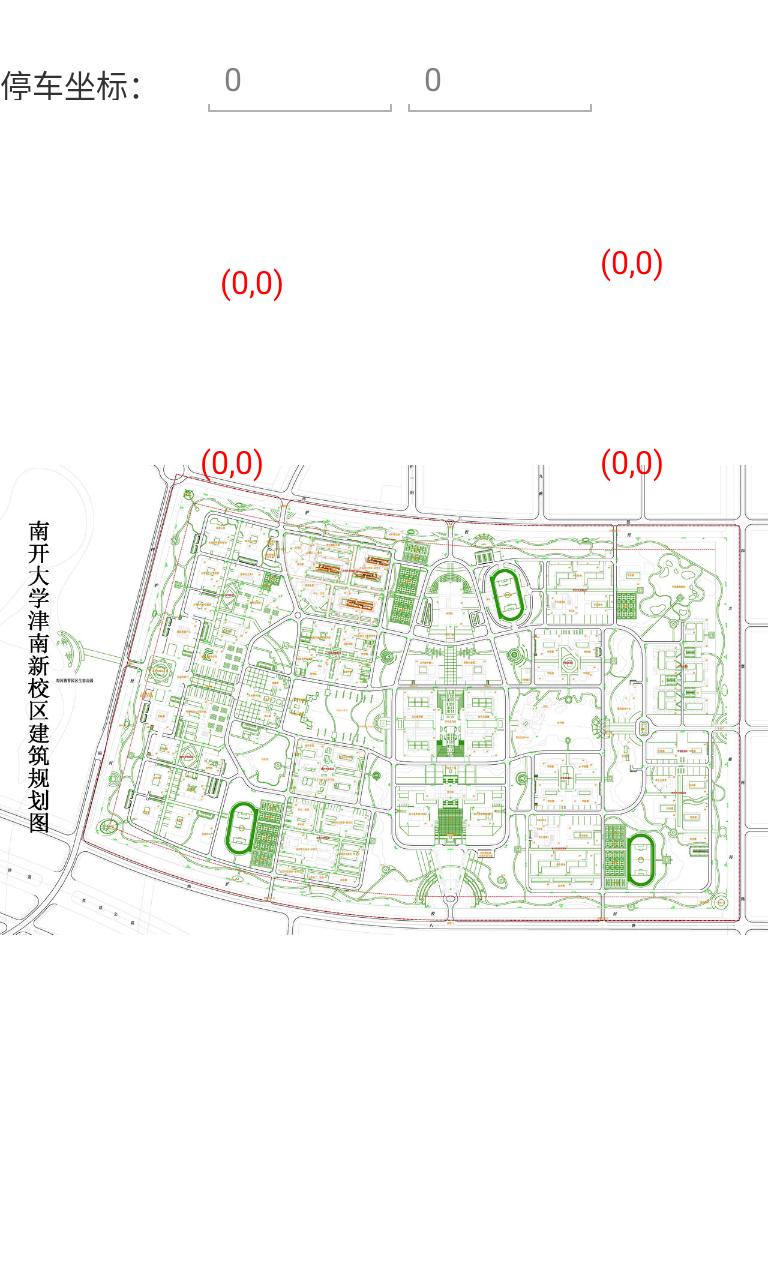
Repository: CovaWang/temporary_embedded
Layout: 7#车联·共享单车/代码/代码/res/layout/compass.xml
An editor plug-in stored every save of this project. The layout is shown before and after the next save, followed by the edit.
It is drawn on a 768 x 1280 px phone screen (xhdpi) without system bars, with theme AppTheme; the app's code is not run.

Above is the layout before, as saved 2024-04-25 11:13:40.

### 7#车联·共享单车/代码/代码/res/layout/compass.xml
<?xml version="1.0" encoding="utf-8"?>
<RelativeLayout xmlns:android="http://schemas.android.com/apk/res/android"
    android:layout_width="fill_parent"
    android:layout_height="match_parent"
    android:orientation="vertical" >


	    <TextView
			android:layout_width="100dp"
			android:layout_height="20dp"
			android:layout_marginTop='30dp'
			android:layout_marginLeft='0dp'
			android:text="停车坐标："
			android:textSize="16dp"
			android:layout_weight="1" />

	    <EditText
	        android:id="@+id/compass_text1"
			android:layout_width="100dp"
			android:layout_height="40dp"
			android:layout_marginTop='20dp'
			android:layout_marginLeft='100dp'
			android:hint="0"
			android:textSize="16sp"
			android:textColor="#8A2BE2"
			android:layout_weight="1" />

	    <EditText
	        android:id="@+id/compass_text2"
			android:layout_width="100dp"
			android:layout_height="40dp"
			android:layout_marginTop='20dp'
			android:layout_marginLeft='200dp'
			android:hint="0"
			android:textSize="16sp"
			android:textColor="#8A2BE2"
			android:layout_weight="1" />


    <ImageView
        android:id="@+id/compass_img"
        android:layout_width="match_parent"
        android:layout_height="match_parent"
        android:layout_marginTop='60dp'
	    android:layout_marginLeft='0dp'
        android:src="@drawable/map"
        android:layout_weight="1" />

     <TextView
         android:layout_width="match_parent"
         android:layout_height="match_parent"
         android:layout_weight="1"
         android:layout_marginTop='220dp'
	     android:layout_marginLeft='100dp'
         android:text="(0,0)"
         android:textColor="#FF0000"
         android:textSize="16dp" />

     <TextView
         android:layout_width="match_parent"
         android:layout_height="match_parent"
         android:layout_weight="1"
         android:layout_marginTop='220dp'
	     android:layout_marginLeft='300dp'
         android:text="(0,0)"
         android:textColor="#FF0000"
         android:textSize="16dp" />

     <TextView
         android:layout_width="match_parent"
         android:layout_height="match_parent"
         android:layout_weight="1"
         android:layout_marginTop='120dp'
	     android:layout_marginLeft='300dp'
         android:text="(0,0)"
         android:textColor="#FF0000"
         android:textSize="16dp" />

      <TextView
         android:layout_width="match_parent"
         android:layout_height="match_parent"
         android:layout_weight="1"
         android:layout_marginTop='130dp'
	     android:layout_marginLeft='110dp'
         android:text="(0,0)"
         android:textColor="#FF0000"
         android:textSize="16dp" />
</RelativeLayout>

### 7#车联·共享单车/代码/代码/res/values/styles.xml
<resources>

    <!--
        Base application theme, dependent on API level. This theme is replaced
        by AppBaseTheme from res/values-vXX/styles.xml on newer devices.

    -->
    <style name="AppBaseTheme" parent="android:Theme.Light">
        <!--
            Theme customizations available in newer API levels can go in
            res/values-vXX/styles.xml, while customizations related to
            backward-compatibility can go here.

        -->
    </style>

    <!-- Application theme. -->
    <style name="AppTheme" parent="AppBaseTheme">
        <!-- All customizations that are NOT specific to a particular API-level can go here. -->
    </style>
    <!-- 高宽都包裹内容 -->
    <style name="wrapcontent">
        <item name="android:layout_width">wrap_content</item>
        <item name="android:layout_height">wrap_content</item>
    </style>

    <!-- 自定义对话框样式 -->
    <style name="dialog_custom" parent="android:style/Theme.Dialog">
        <item name="android:windowFrame">@null</item>
        <item name="android:windowNoTitle">true</item>
        <item name="android:background">#00000000</item>
        <item name="android:windowBackground">@android:color/transparent</item>
    </style>
    <!-- TextView 16sp样式 -->
    <style name="textview16sp" parent="wrapcontent">
        <item name="android:textSize">16sp</item>
        <item name="android:gravity">center_vertical</item>
    </style>

    <!-- TextView 14sp样式 -->
    <style name="textview12sp" parent="wrapcontent">
        <item name="android:textSize">12sp</item>
        <item name="android:gravity">center_vertical</item>
    </style>
    <!-- TextView 14sp样式 -->
    <style name="textview14sp" parent="wrapcontent">
        <item name="android:textSize">14sp</item>
        <item name="android:gravity">center_vertical</item>
    </style>

    <!-- 宽度为0dp,高度为包裹内容，权重为1 -->
    <style name="zero_widthwrapcontent">
        <item name="android:layout_width">0dp</item>
        <item name="android:layout_height">wrap_content</item>
        <item name="android:layout_weight">1</item>
    </style>

    <!-- 黄色14sp,图片间距为5dp的textview -->
    <style name="tvyellow14sp" parent="zero_widthwrapcontent">
        <item name="android:textSize">14sp</item>
        <item name="android:drawablePadding">3dp</item>
        <item name="android:gravity">center</item>
        <item name="android:textColor">@color/bright_yellow</item>
    </style>

</resources>

Loaded but not shown: 7#车联·共享单车/代码/代码/res/values-v11/styles.xml (common file); 7#车联·共享单车/代码/代码/res/values-v14/styles.xml (common file)

After the next save:
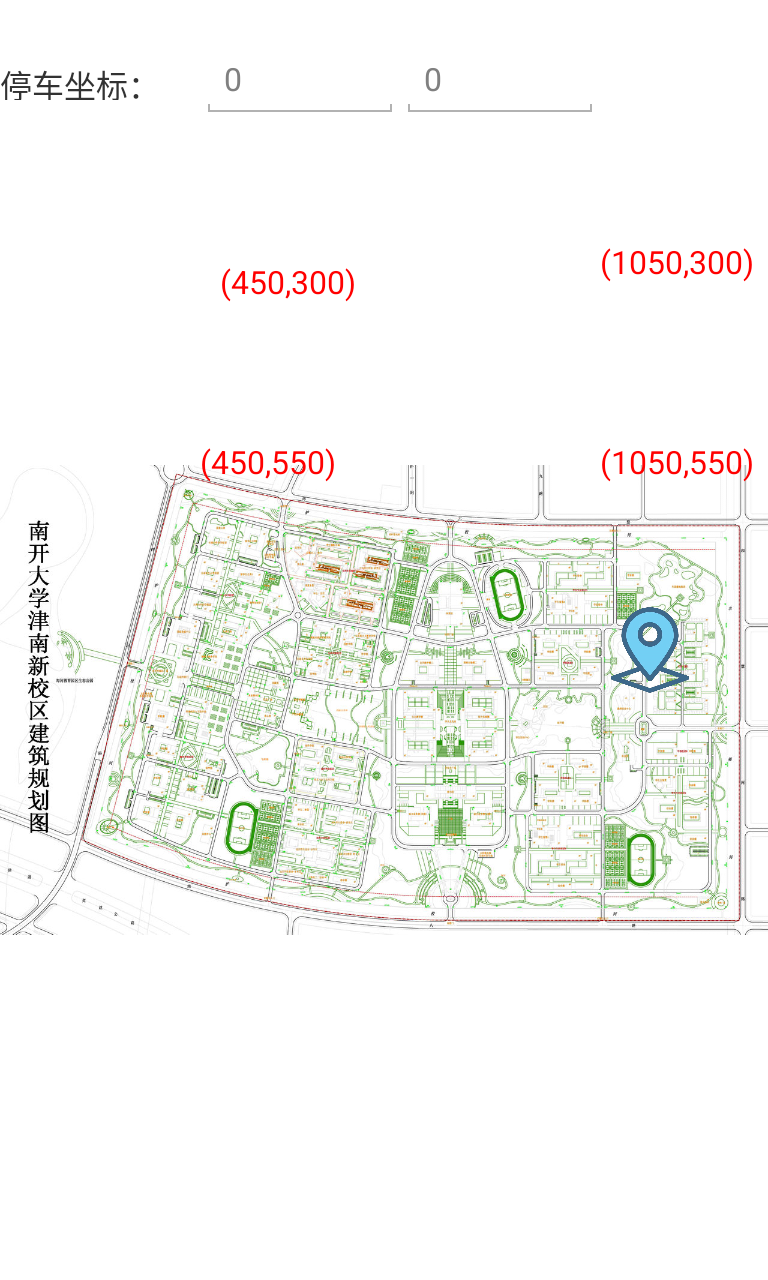
Saved 14 min 40 s later.
--- a/7#车联·共享单车/代码/代码/res/layout/compass.xml
+++ b/7#车联·共享单车/代码/代码/res/layout/compass.xml
@@ -46,43 +46,54 @@
         android:src="@drawable/map"
         android:layout_weight="1" />
 
+    <!-- 当前位置 -->
+     <ImageView
+        android:id="@+id/compass_sit"
+        android:layout_width="50dp"
+        android:layout_height="50dp"
+        android:layout_marginTop='300dp'
+	    android:layout_marginLeft='300dp'
+        android:src="@drawable/situation"
+        android:layout_weight="1" />
+
+    <!-- 左下点 -->
      <TextView
          android:layout_width="match_parent"
          android:layout_height="match_parent"
          android:layout_weight="1"
          android:layout_marginTop='220dp'
 	     android:layout_marginLeft='100dp'
-         android:text="(0,0)"
+         android:text="(450,550)"
          android:textColor="#FF0000"
          android:textSize="16dp" />
-
+     <!-- 右下点 -->
      <TextView
          android:layout_width="match_parent"
          android:layout_height="match_parent"
          android:layout_weight="1"
          android:layout_marginTop='220dp'
 	     android:layout_marginLeft='300dp'
-         android:text="(0,0)"
+         android:text="(1050,550)"
          android:textColor="#FF0000"
          android:textSize="16dp" />
-
+     <!-- 右上点 -->
      <TextView
          android:layout_width="match_parent"
          android:layout_height="match_parent"
          android:layout_weight="1"
          android:layout_marginTop='120dp'
 	     android:layout_marginLeft='300dp'
-         android:text="(0,0)"
+         android:text="(1050,300)"
          android:textColor="#FF0000"
          android:textSize="16dp" />
-
+	  <!-- 左上点 -->
       <TextView
          android:layout_width="match_parent"
          android:layout_height="match_parent"
          android:layout_weight="1"
          android:layout_marginTop='130dp'
 	     android:layout_marginLeft='110dp'
-         android:text="(0,0)"
+         android:text="(450,300)"
          android:textColor="#FF0000"
          android:textSize="16dp" />
 </RelativeLayout>
